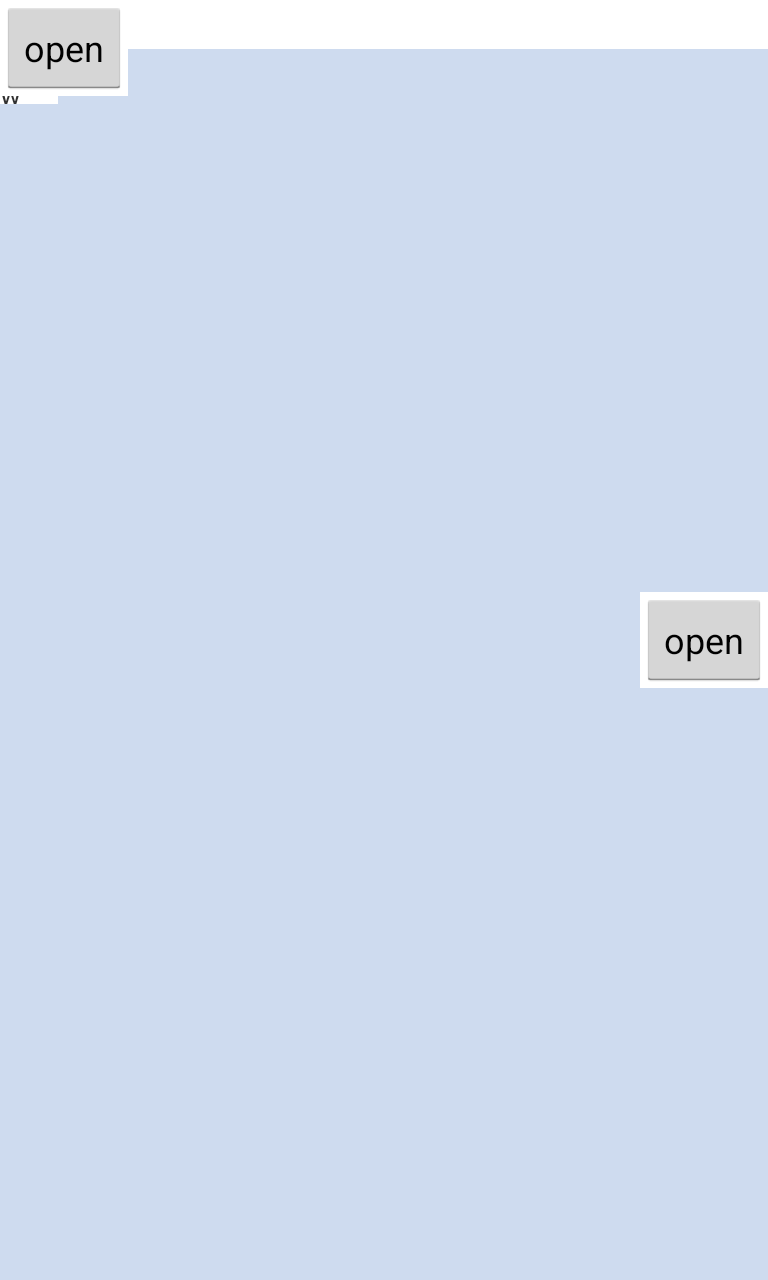
Repository: supremehappy/Android
Layout: FrameTest1/res/layout/activity_main.xml
The author's editor kept a copy of each file at every save. The layout is drawn from the files as they stood at one save, then again after the next save.
It is drawn on a 768 x 1280 px phone screen (xhdpi) without system bars, with theme AppTheme; the app's code is not run.

Above is the layout before, as saved 2017-09-04 03:20:00.

### FrameTest1/res/layout/activity_main.xml
<FrameLayout xmlns:android="http://schemas.android.com/apk/res/android"
    xmlns:tools="http://schemas.android.com/tools"
    android:id="@+id/FrameLayout1"
    android:layout_width="match_parent"
    android:layout_height="match_parent"
    tools:context="${relativePackage}.${activityClass}" >

    <LinearLayout
        android:layout_width="match_parent"
        android:layout_height="match_parent"
        android:background="#cedbef"
        android:orientation="vertical" >

        <LinearLayout
            android:layout_width="match_parent"
            android:layout_height="wrap_content" >

            <TextView
                android:id="@+id/textView1"
                android:layout_width="wrap_content"
                android:layout_height="wrap_content"
                android:layout_weight="1"
                android:background="#ffffff"
                android:text="TextView" />

            <EditText
                android:id="@+id/editText1"
                android:layout_width="match_parent"
                android:layout_height="wrap_content"
                android:layout_weight="1"
                android:background="#ffffff"
                android:ems="10" />

        </LinearLayout>

    </LinearLayout>

    <LinearLayout
        android:id="@+id/my_layout"
        android:layout_width="200dp"
        android:layout_height="match_parent"
        android:background="#d9ceef"
        android:orientation="vertical"
        android:gravity="right"
        android:visibility="gone"  >

        <LinearLayout
            android:layout_width="match_parent"
            android:layout_height="wrap_content" >

            <TextView
                android:id="@+id/textView2"
                android:layout_width="wrap_content"
                android:layout_height="wrap_content"
                android:layout_weight="1"
                android:text="TextView" />

            <EditText
                android:id="@+id/editText2"
                android:layout_width="wrap_content"
                android:layout_height="wrap_content"
                android:layout_weight="1"
                android:ems="10" >

                <requestFocus />
            </EditText>

        </LinearLayout>

        <LinearLayout
            android:layout_width="match_parent"
            android:layout_height="wrap_content" >

            <Button
                android:id="@+id/button1"
                android:layout_width="wrap_content"
                android:layout_height="wrap_content"
                android:text="Button" />

            <Button
                android:id="@+id/button2"
                android:layout_width="wrap_content"
                android:layout_height="wrap_content"
                android:text="Button" />

        </LinearLayout>

    </LinearLayout>

    <LinearLayout
        android:id="@+id/my_layout1"
        android:layout_width="200dp"
        android:layout_height="match_parent"
        android:background="#efcee9"
        android:orientation="vertical"
        android:gravity="left"
        android:visibility="gone" >

        <LinearLayout
            android:layout_width="match_parent"
            android:layout_height="wrap_content"
            android:orientation="vertical" >

            <TextView
                android:id="@+id/textView3"
                android:layout_width="wrap_content"
                android:layout_height="wrap_content"
                android:text="TextView" />

            <EditText
                android:id="@+id/editText3"
                android:layout_width="match_parent"
                android:layout_height="wrap_content"
                android:ems="10" />

        </LinearLayout>

    </LinearLayout>

    <LinearLayout
        android:layout_width="wrap_content"
        android:layout_height="wrap_content"
        android:background="#ffffff"
        android:layout_gravity="right|center_vertical"
        android:orientation="vertical" >

        <Button
            android:id="@+id/btn_open"
            android:layout_width="wrap_content"
            android:layout_height="wrap_content"
            android:text="open" />

    </LinearLayout>

    <LinearLayout
        android:layout_width="wrap_content"
        android:layout_height="wrap_content"
        android:background="#ffffff"
        android:gravity="bottom|left"
        android:orientation="vertical" >

        <Button
            android:id="@+id/btn_open1"
            android:layout_width="wrap_content"
            android:layout_height="wrap_content"
            android:text="open" />

    </LinearLayout>

</FrameLayout>

Loaded but not shown: FrameTest1/res/values/styles.xml (common file); FrameTest1/res/values-v11/styles.xml (common file); FrameTest1/res/values-v14/styles.xml (common file)

After the next save:
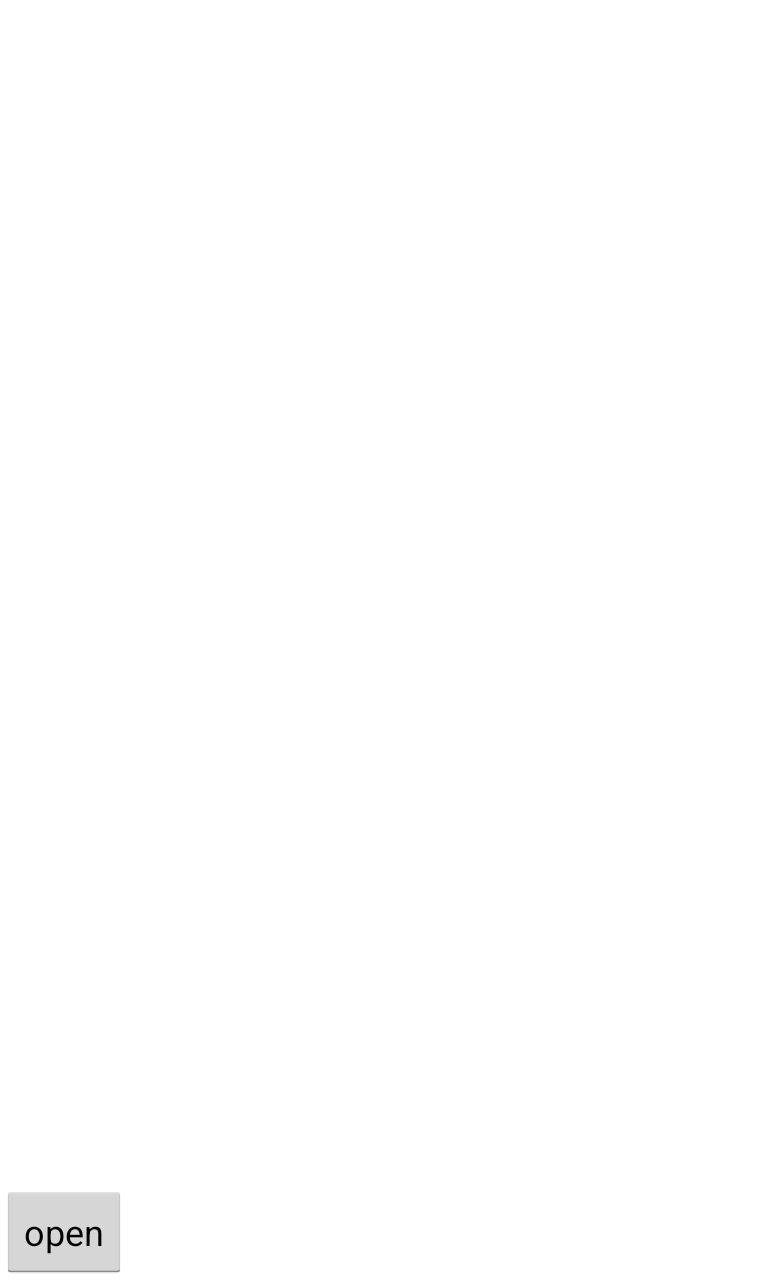
Saved 10 s later.
--- a/FrameTest1/res/layout/activity_main.xml
+++ b/FrameTest1/res/layout/activity_main.xml
@@ -133,8 +133,8 @@
     </LinearLayout>
 
     <LinearLayout
-        android:layout_width="wrap_content"
-        android:layout_height="wrap_content"
+        android:layout_width="match_parent"
+        android:layout_height="match_parent"
         android:background="#ffffff"
         android:gravity="bottom|left"
         android:orientation="vertical" >

After the save that followed:
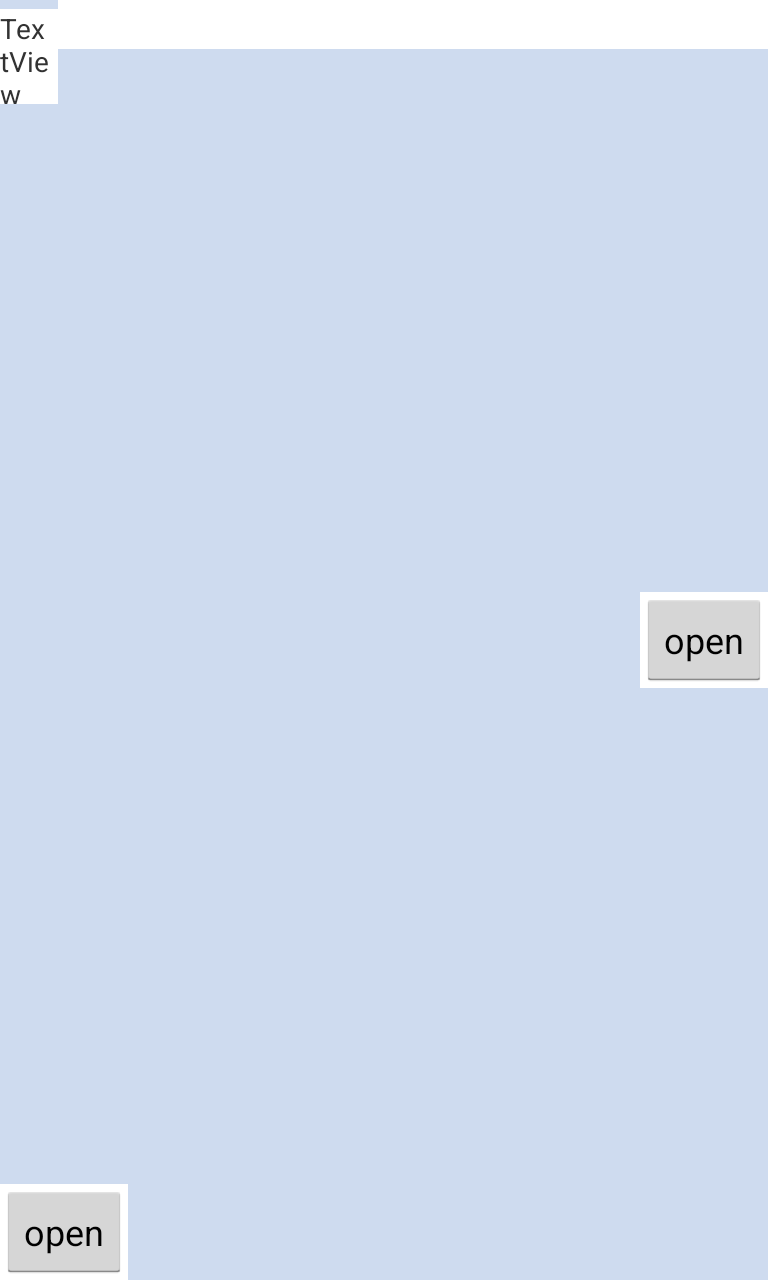
Saved 34 s later.
--- a/FrameTest1/res/layout/activity_main.xml
+++ b/FrameTest1/res/layout/activity_main.xml
@@ -133,8 +133,9 @@
     </LinearLayout>
 
     <LinearLayout
-        android:layout_width="match_parent"
-        android:layout_height="match_parent"
+        android:layout_width="wrap_content"
+        android:layout_height="wrap_content"
+        android:layout_gravity="bottom|left"
         android:background="#ffffff"
         android:gravity="bottom|left"
         android:orientation="vertical" >
